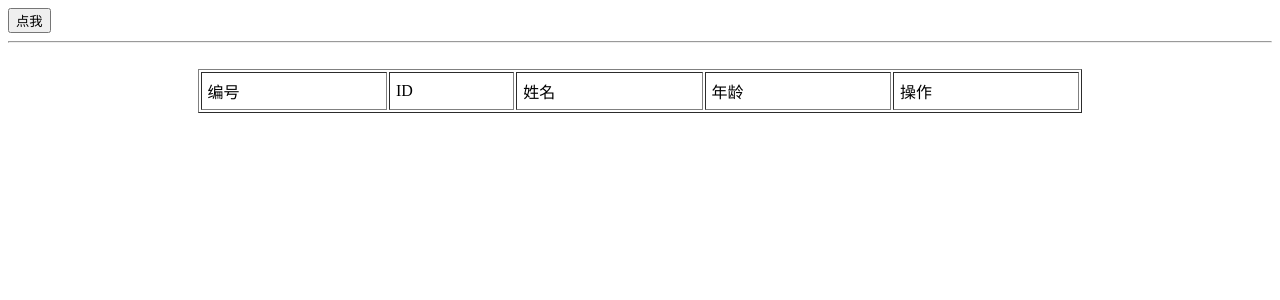
Repository: DataBoxWx/mvc_servlet_3
Page: http://localhost/2_jsp1/ajax/ajax4.jsp
The author's editor kept a copy of each file at every save. The page is drawn from the files as they stood at one save, then again after the next save.
The browser window is 1280 px wide. The pictures show the whole page.
The page is served by Tomcat 9.

Above is the page before, as saved 2018-05-05 05:57:54.

After the next save:
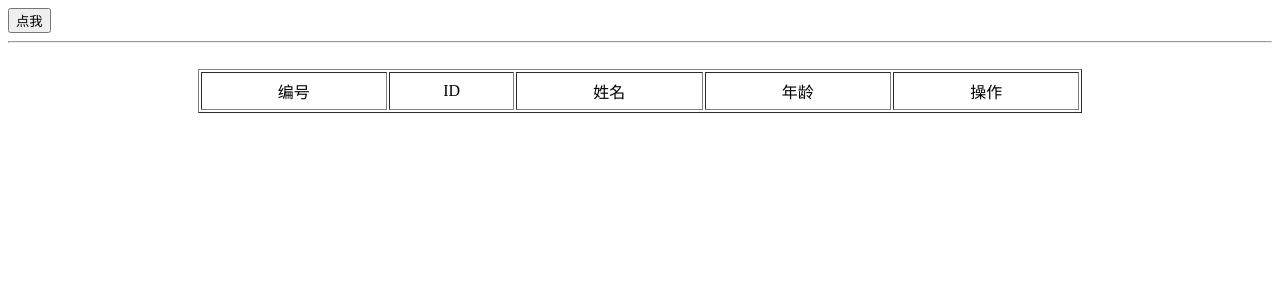
Saved 47 s later.
--- a/2_jsp1/WebContent/ajax/ajax4.jsp
+++ b/2_jsp1/WebContent/ajax/ajax4.jsp
@@ -10,6 +10,11 @@
 <meta http-equiv="Content-Type" content="text/html; charset=UTF-8">
 <script type="text/javascript" src="js/jquery-1.8.3.min.js"></script>
 <title>Insert title here</title>
+<style type="text/css">
+	td{
+		text-align: center
+	}
+</style>
 <script type="text/javascript">
 	$(function(){
 		$("#btn").click(function(){
